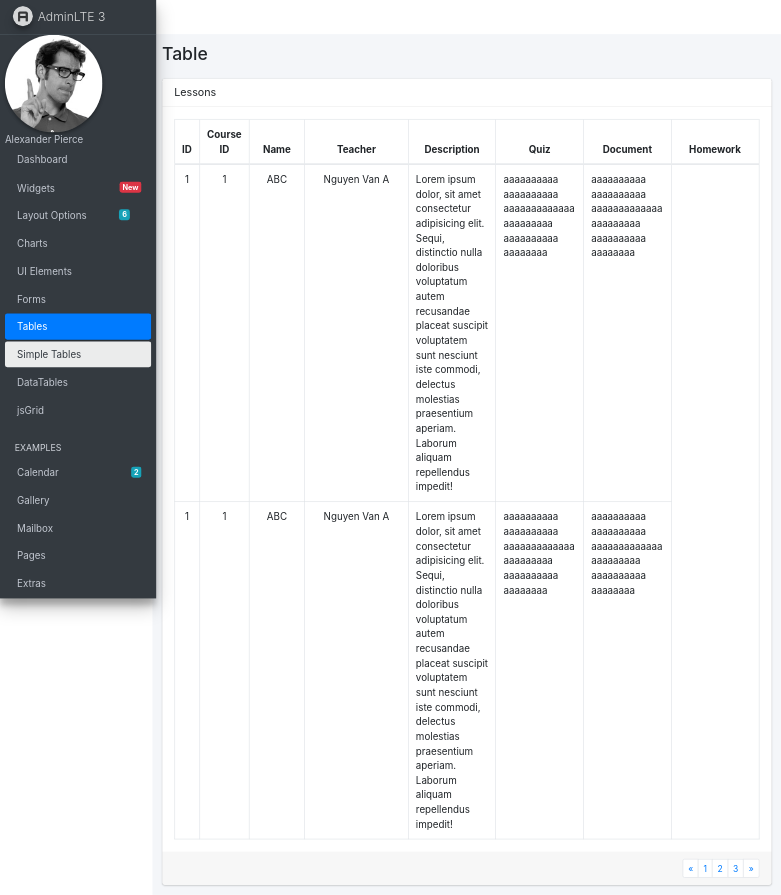
Repository: huyennvo/table
Page: http://localhost/table/lessons
The author's editor kept a copy of each file at every save. The page is drawn from the files as they stood at one save, then again after the next save.
The browser window is 1280 px wide. The pictures show the whole page, at 61% of full size.
Some web fonts or font styles are not loaded; a fallback is used. The page is served by the project's Laravel application, run on PHP 8.4 with Laravel 8. Other server files are loaded and not shown.

Above is the page before, as saved 2022-08-11 20:04:08.

### routes/web.php
<?php

use Illuminate\Support\Facades\Route;

/*
|--------------------------------------------------------------------------
| Web Routes
|--------------------------------------------------------------------------
|
| Here is where you can register web routes for your application. These
| routes are loaded by the RouteServiceProvider within a group which
| contains the "web" middleware group. Now create something great!
|
*/

Route::get('/table', function () {
    return view('index');
});

Route::get('/table/courses', function () {
    return view('courses');
});

Route::get('/table/lessons', function () {
    return view('lessons');
});

### resources/views/layouts/content-header.blade.php
@extends('layouts.menu')
@section('content-header')
    <section class="content-header">
      <div class="container-fluid">
        <div class="row mb-2">
          <div class="col-sm-6">
            <h1>Table</h1>
          </div>
        </div>
      </div><!-- /.container-fluid -->
    </section>
@endsection

### resources/views/layouts/menu.blade.php
@extends('layouts.index')
@section('menu')
<div  class="main-sidebar sidebar-dark-primary elevation-4"  id="menu">
  <a href="../../index3.html" class="brand-link">
        <img src="../../dist/img/AdminLTELogo.png"
            alt="AdminLTE Logo"
            class="brand-image img-circle elevation-3"
            style="opacity: .8">
        <span class="brand-text font-weight-light">AdminLTE 3</span>
  </a>

  <!-- class="user-panel mt-3 pb-3 mb-3 d-flex"
  class="mt-2" -->
    <!-- Sidebar -->
    <div class="sidebar">
      <!-- Sidebar user (optional) -->
      <div>
        <div class="image">
          <img src="../../dist/img/user2-160x160.jpg" class="img-circle elevation-2" alt="User Image">
        </div>
        <div class="info">
          <a href="#" class="d-block">Alexander Pierce</a>
        </div>
      </div>

      <!-- Sidebar Menu -->
      <nav >
        <ul class="nav nav-pills nav-sidebar flex-column" data-widget="treeview" role="menu" data-accordion="false">
          <!-- Add icons to the links using the .nav-icon class
               with font-awesome or any other icon font library -->
          <li class="nav-item has-treeview">
            <a href="#" class="nav-link">
              <i class="nav-icon fas fa-tachometer-alt"></i>
              <p>
                Dashboard
                <i class="right fas fa-angle-left"></i>
              </p>
            </a>
            <ul class="nav nav-treeview">
              <li class="nav-item">
                <a href="../../index.html" class="nav-link">
                  <i class="far fa-circle nav-icon"></i>
                  <p>Dashboard v1</p>
                </a>
              </li>
              <li class="nav-item">
                <a href="../../index2.html" class="nav-link">
                  <i class="far fa-circle nav-icon"></i>
                  <p>Dashboard v2</p>
                </a>
              </li>
              <li class="nav-item">
                <a href="../../index3.html" class="nav-link">
                  <i class="far fa-circle nav-icon"></i>
                  <p>Dashboard v3</p>
                </a>
              </li>
            </ul>
          </li>
          <li class="nav-item">
            <a href="../widgets.html" class="nav-link">
              <i class="nav-icon fas fa-th"></i>
              <p>
                Widgets
                <span class="right badge badge-danger">New</span>
              </p>
            </a>
          </li>
          <li class="nav-item has-treeview">
            <a href="#" class="nav-link">
              <i class="nav-icon fas fa-copy"></i>
              <p>
                Layout Options
                <i class="fas fa-angle-left right"></i>
                <span class="badge badge-info right">6</span>
              </p>
            </a>
            <ul class="nav nav-treeview">
              <li class="nav-item">
                <a href="../layout/top-nav.html" class="nav-link">
                  <i class="far fa-circle nav-icon"></i>
                  <p>Top Navigation</p>
                </a>
              </li>
              <li class="nav-item">
                <a href="../layout/top-nav-sidebar.html" class="nav-link">
                  <i class="far fa-circle nav-icon"></i>
                  <p>Top Navigation + Sidebar</p>
                </a>
              </li>
              <li class="nav-item">
                <a href="../layout/boxed.html" class="nav-link">
                  <i class="far fa-circle nav-icon"></i>
                  <p>Boxed</p>
                </a>
              </li>
              <li class="nav-item">
                <a href="../layout/fixed-sidebar.html" class="nav-link">
                  <i class="far fa-circle nav-icon"></i>
                  <p>Fixed Sidebar</p>
                </a>
              </li>
              <li class="nav-item">
                <a href="../layout/fixed-topnav.html" class="nav-link">
                  <i class="far fa-circle nav-icon"></i>
                  <p>Fixed Navbar</p>
                </a>
              </li>
              <li class="nav-item">
                <a href="../layout/fixed-footer.html" class="nav-link">
                  <i class="far fa-circle nav-icon"></i>
                  <p>Fixed Footer</p>
                </a>
              </li>
              <li class="nav-item">
                <a href="../layout/collapsed-sidebar.html" class="nav-link">
                  <i class="far fa-circle nav-icon"></i>
                  <p>Collapsed Sidebar</p>
                </a>
              </li>
            </ul>
          </li>
          <li class="nav-item has-treeview">
            <a href="#" class="nav-link">
              <i class="nav-icon fas fa-chart-pie"></i>
              <p>
                Charts
                <i class="right fas fa-angle-left"></i>
              </p>
            </a>
            <ul class="nav nav-treeview">
              <li class="nav-item">
                <a href="../charts/chartjs.html" class="nav-link">
                  <i class="far fa-circle nav-icon"></i>
                  <p>ChartJS</p>
                </a>
              </li>
              <li class="nav-item">
                <a href="../charts/flot.html" class="nav-link">
                  <i class="far fa-circle nav-icon"></i>
                  <p>Flot</p>
                </a>
              </li>
              <li class="nav-item">
                <a href="../charts/inline.html" class="nav-link">
                  <i class="far fa-circle nav-icon"></i>
                  <p>Inline</p>
                </a>
              </li>
            </ul>
          </li>
          <li class="nav-item has-treeview">
            <a href="#" class="nav-link">
              <i class="nav-icon fas fa-tree"></i>
              <p>
                UI Elements
                <i class="fas fa-angle-left right"></i>
              </p>
            </a>
            <ul class="nav nav-treeview">
              <li class="nav-item">
                <a href="../UI/general.html" class="nav-link">
                  <i class="far fa-circle nav-icon"></i>
                  <p>General</p>
                </a>
              </li>
              <li class="nav-item">
                <a href="../UI/icons.html" class="nav-link">
                  <i class="far fa-circle nav-icon"></i>
                  <p>Icons</p>
                </a>
              </li>
              <li class="nav-item">
                <a href="../UI/buttons.html" class="nav-link">
                  <i class="far fa-circle nav-icon"></i>
                  <p>Buttons</p>
                </a>
              </li>
              <li class="nav-item">
                <a href="../UI/sliders.html" class="nav-link">
                  <i class="far fa-circle nav-icon"></i>
                  <p>Sliders</p>
                </a>
              </li>
              <li class="nav-item">
                <a href="../UI/modals.html" class="nav-link">
                  <i class="far fa-circle nav-icon"></i>
                  <p>Modals & Alerts</p>
                </a>
              </li>
              <li class="nav-item">
                <a href="../UI/navbar.html" class="nav-link">
                  <i class="far fa-circle nav-icon"></i>
                  <p>Navbar & Tabs</p>
                </a>
              </li>
              <li class="nav-item">
                <a href="../UI/timeline.html" class="nav-link">
                  <i class="far fa-circle nav-icon"></i>
                  <p>Timeline</p>
                </a>
              </li>
              <li class="nav-item">
                <a href="../UI/ribbons.html" class="nav-link">
                  <i class="far fa-circle nav-icon"></i>
                  <p>Ribbons</p>
                </a>
              </li>
            </ul>
          </li>
          <li class="nav-item has-treeview">
            <a href="#" class="nav-link">
              <i class="nav-icon fas fa-edit"></i>
              <p>
                Forms
                <i class="fas fa-angle-left right"></i>
              </p>
            </a>
            <ul class="nav nav-treeview">
              <li class="nav-item">
                <a href="../forms/general.html" class="nav-link">
                  <i class="far fa-circle nav-icon"></i>
                  <p>General Elements</p>
                </a>
              </li>
              <li class="nav-item">
                <a href="../forms/advanced.html" class="nav-link">
                  <i class="far fa-circle nav-icon"></i>
                  <p>Advanced Elements</p>
                </a>
              </li>
              <li class="nav-item">
                <a href="../forms/editors.html" class="nav-link">
                  <i class="far fa-circle nav-icon"></i>
                  <p>Editors</p>
                </a>
              </li>
              <li class="nav-item">
                <a href="../forms/validation.html" class="nav-link">
                  <i class="far fa-circle nav-icon"></i>
                  <p>Validation</p>
                </a>
              </li>
            </ul>
          </li>
          <li class="nav-item has-treeview menu-open">
            <a href="#" class="nav-link active">
              <i class="nav-icon fas fa-table"></i>
              <p>
                Tables
                <i class="fas fa-angle-left right"></i>
              </p>
            </a>
            <ul class="nav nav-treeview">
              <li class="nav-item">
                <a href="../tables/simple.html" class="nav-link active">
                  <i class="far fa-circle nav-icon"></i>
                  <p>Simple Tables</p>
                </a>
              </li>
              <li class="nav-item">
                <a href="../tables/data.html" class="nav-link">
                  <i class="far fa-circle nav-icon"></i>
                  <p>DataTables</p>
                </a>
              </li>
              <li class="nav-item">
                <a href="../tables/jsgrid.html" class="nav-link">
                  <i class="far fa-circle nav-icon"></i>
                  <p>jsGrid</p>
                </a>
              </li>
            </ul>
          </li>
          <li class="nav-header">EXAMPLES</li>
          <li class="nav-item">
            <a href="../calendar.html" class="nav-link">
              <i class="nav-icon far fa-calendar-alt"></i>
              <p>
                Calendar
                <span class="badge badge-info right">2</span>
              </p>
            </a>
          </li>
          <li class="nav-item">
            <a href="../gallery.html" class="nav-link">
              <i class="nav-icon far fa-image"></i>
              <p>
                Gallery
              </p>
            </a>
          </li>
          <li class="nav-item has-treeview">
            <a href="#" class="nav-link">
              <i class="nav-icon far fa-envelope"></i>
              <p>
                Mailbox
                <i class="fas fa-angle-left right"></i>
              </p>
            </a>
            <ul class="nav nav-treeview">
              <li class="nav-item">
                <a href="../mailbox/mailbox.html" class="nav-link">
                  <i class="far fa-circle nav-icon"></i>
                  <p>Inbox</p>
                </a>
              </li>
              <li class="nav-item">
                <a href="../mailbox/compose.html" class="nav-link">
                  <i class="far fa-circle nav-icon"></i>
                  <p>Compose</p>
                </a>
              </li>
              <li class="nav-item">
                <a href="../mailbox/read-mail.html" class="nav-link">
                  <i class="far fa-circle nav-icon"></i>
                  <p>Read</p>
                </a>
              </li>
            </ul>
          </li>
          <li class="nav-item has-treeview">
            <a href="#" class="nav-link">
              <i class="nav-icon fas fa-book"></i>
              <p>
                Pages
                <i class="fas fa-angle-left right"></i>
              </p>
            </a>
            <ul class="nav nav-treeview">
              <li class="nav-item">
                <a href="../examples/invoice.html" class="nav-link">
                  <i class="far fa-circle nav-icon"></i>
                  <p>Invoice</p>
                </a>
              </li>
              <li class="nav-item">
                <a href="../examples/profile.html" class="nav-link">
                  <i class="far fa-circle nav-icon"></i>
                  <p>Profile</p>
                </a>
              </li>
              <li class="nav-item">
                <a href="../examples/e-commerce.html" class="nav-link">
                  <i class="far fa-circle nav-icon"></i>
                  <p>E-commerce</p>
                </a>
              </li>
              <li class="nav-item">
                <a href="../examples/projects.html" class="nav-link">
                  <i class="far fa-circle nav-icon"></i>
                  <p>Projects</p>
                </a>
              </li>
              <li class="nav-item">
                <a href="../examples/project-add.html" class="nav-link">
                  <i class="far fa-circle nav-icon"></i>
                  <p>Project Add</p>
                </a>
              </li>
              <li class="nav-item">
                <a href="../examples/project-edit.html" class="nav-link">
                  <i class="far fa-circle nav-icon"></i>
                  <p>Project Edit</p>
                </a>
              </li>
              <li class="nav-item">
                <a href="../examples/project-detail.html" class="nav-link">
                  <i class="far fa-circle nav-icon"></i>
                  <p>Project Detail</p>
                </a>
              </li>
              <li class="nav-item">
                <a href="../examples/contacts.html" class="nav-link">
                  <i class="far fa-circle nav-icon"></i>
                  <p>Contacts</p>
                </a>
              </li>
            </ul>
          </li>
          <li class="nav-item has-treeview">
            <a href="#" class="nav-link">
              <i class="nav-icon far fa-plus-square"></i>
              <p>
                Extras
                <i class="fas fa-angle-left right"></i>
              </p>
            </a>
            <ul class="nav nav-treeview">
              <li class="nav-item">
                <a href="../examples/login.html" class="nav-link">
                  <i class="far fa-circle nav-icon"></i>
                  <p>Login</p>
                </a>
              </li>
              <li class="nav-item">
                <a href="../examples/register.html" class="nav-link">
                  <i class="far fa-circle nav-icon"></i>
                  <p>Register</p>
                </a>
              </li>
              <li class="nav-item">
                <a href="../examples/forgot-password.html" class="nav-link">
                  <i class="far fa-circle nav-icon"></i>
                  <p>Forgot Password</p>
                </a>
              </li>
              <li class="nav-item">
                <a href="../examples/recover-password.html" class="nav-link">
                  <i class="far fa-circle nav-icon"></i>
                  <p>Recover Password</p>
                </a>
              </li>
              <li class="nav-item">
                <a href="../examples/lockscreen.html" class="nav-link">
                  <i class="far fa-circle nav-icon"></i>
                  <p>Lockscreen</p>
                </a>
              </li>
              <li class="nav-item">
                <a href="../examples/legacy-user-menu.html" class="nav-link">
                  <i class="far fa-circle nav-icon"></i>
                  <p>Legacy User Menu</p>
                </a>
              </li>
              <li class="nav-item">
                <a href="../examples/language-menu.html" class="nav-link">
                  <i class="far fa-circle nav-icon"></i>
                  <p>Language Menu</p>
                </a>
              </li>
              <li class="nav-item">
                <a href="../examples/404.html" class="nav-link">
                  <i class="far fa-circle nav-icon"></i>
                  <p>Error 404</p>
                </a>
              </li>
              <li class="nav-item">
                <a href="../examples/500.html" class="nav-link">
                  <i class="far fa-circle nav-icon"></i>
                  <p>Error 500</p>
                </a>
              </li>
              <li class="nav-item">
                <a href="../examples/pace.html" class="nav-link">
                  <i class="far fa-circle nav-icon"></i>
                  <p>Pace</p>
                </a>
              </li>
              <li class="nav-item">
                <a href="../examples/blank.html" class="nav-link">
                  <i class="far fa-circle nav-icon"></i>
                  <p>Blank Page</p>
                </a>
              </li>
              <li class="nav-item">
                <a href="../../starter.html" class="nav-link">
                  <i class="far fa-circle nav-icon"></i>
                  <p>Starter Page</p>
                </a>
              </li>
            </ul>
          </li>


        </ul>
      </nav>
      <!-- /.sidebar-menu -->
    </div>
    <!-- /.sidebar -->
</div>
    <!-- <aside >

    </aside> -->

@endsection

### resources/views/layouts/index.blade.php
<!DOCTYPE html>
<html>
<head>
  <meta charset="utf-8">
  <meta http-equiv="X-UA-Compatible" content="IE=edge">
  <title>Table</title>
  <meta name="viewport" content="width=device-width, initial-scale=1">

  <link rel="stylesheet" href="{{asset('css/adminlte.min.css')}}">
  <link rel="stylesheet" href="{{asset('css/style.css')}}">
  <!-- Google Font: Source Sans Pro -->
  <link href="https://fonts.googleapis.com/css?family=Source+Sans+Pro:300,400,400i,700" rel="stylesheet">
</head>
<body class="hold-transition sidebar-mini">
  <h1>hello</h1>
<!-- <div class="wrapper"> -->
@yield('menu')

<div class="content-wrapper">

@yield('content-header')

@yield('content-body')

</div>


  <!-- /.content-wrapper -->
  <!-- /.control-sidebar -->
<!-- </div> -->

</body>
</html>

### public/css/style.css
th {
    text-align: center;
}

.course-id {
    text-align: center;
}

.name {
    text-align: center;
}

#menu {
    background-color: #343A40;
    width: 20vw;
    /* height: 100% !important; */
    overflow: auto;
}

Loaded but not shown: public/css/adminlte.min.css (library); resources/views/lessons.blade.php (79 lines, source omitted)

After the next save:
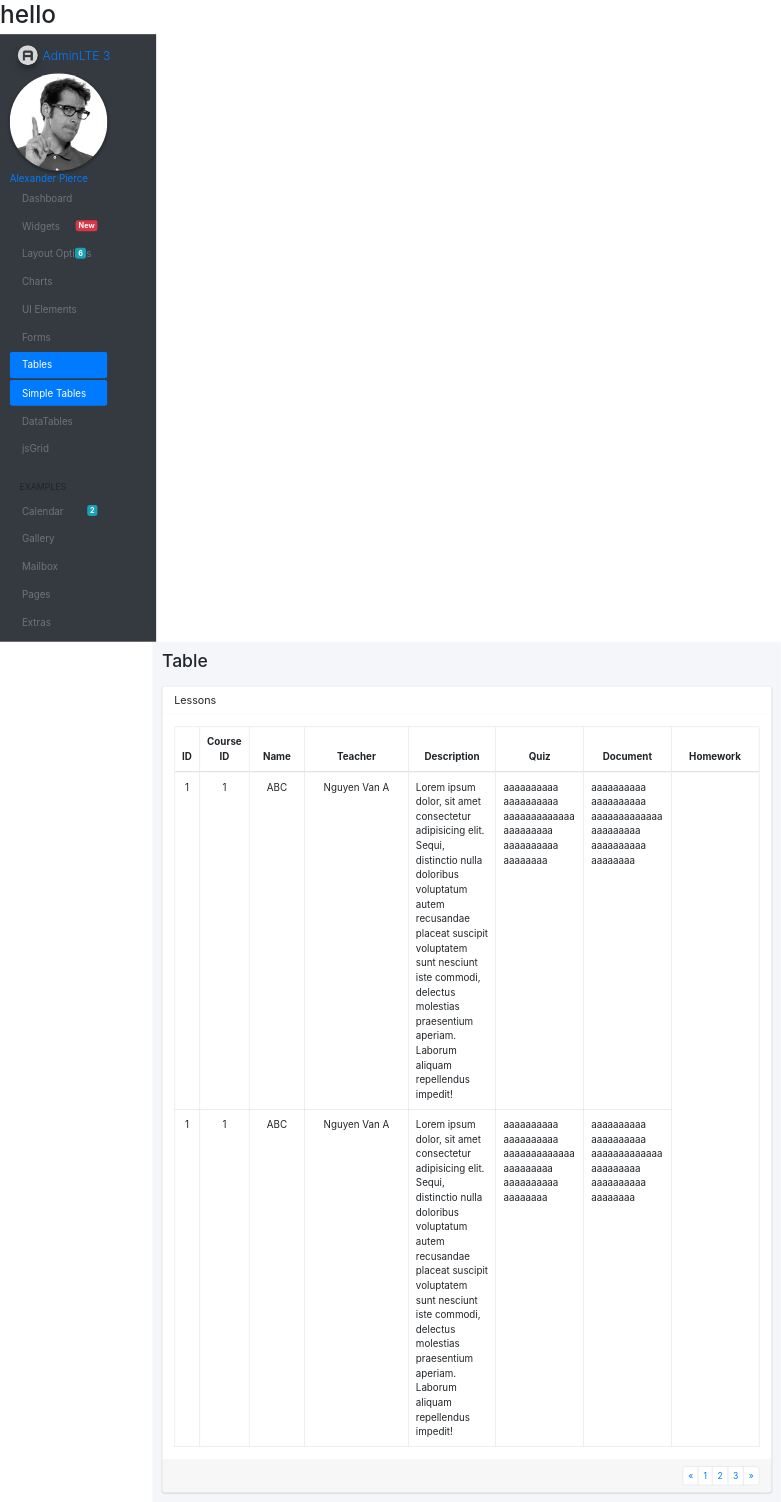
Saved 2 min 35 s later.
--- a/resources/views/layouts/menu.blade.php
+++ b/resources/views/layouts/menu.blade.php
@@ -1,6 +1,6 @@
 @extends('layouts.index')
 @section('menu')
-<div  class="main-sidebar sidebar-dark-primary elevation-4"  id="menu">
+<div  class="navbar" id="menu">
   <a href="../../index3.html" class="brand-link">
         <img src="../../dist/img/AdminLTELogo.png"
             alt="AdminLTE Logo"

After the save that followed:
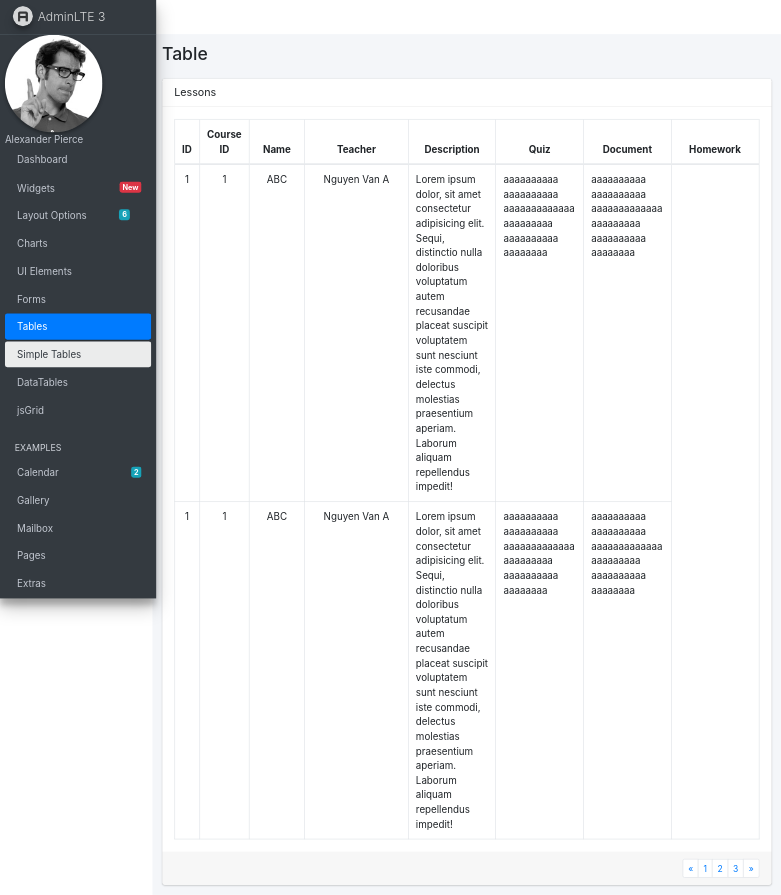
Saved 3 min 20 s later.
--- a/resources/views/layouts/menu.blade.php
+++ b/resources/views/layouts/menu.blade.php
@@ -1,6 +1,7 @@
 @extends('layouts.index')
 @section('menu')
-<div  class="navbar" id="menu">
+<div class="main-sidebar sidebar-dark-primary elevation-4" style="overflow-y: scroll;"  id="menu">
+
   <a href="../../index3.html" class="brand-link">
         <img src="../../dist/img/AdminLTELogo.png"
             alt="AdminLTE Logo"
